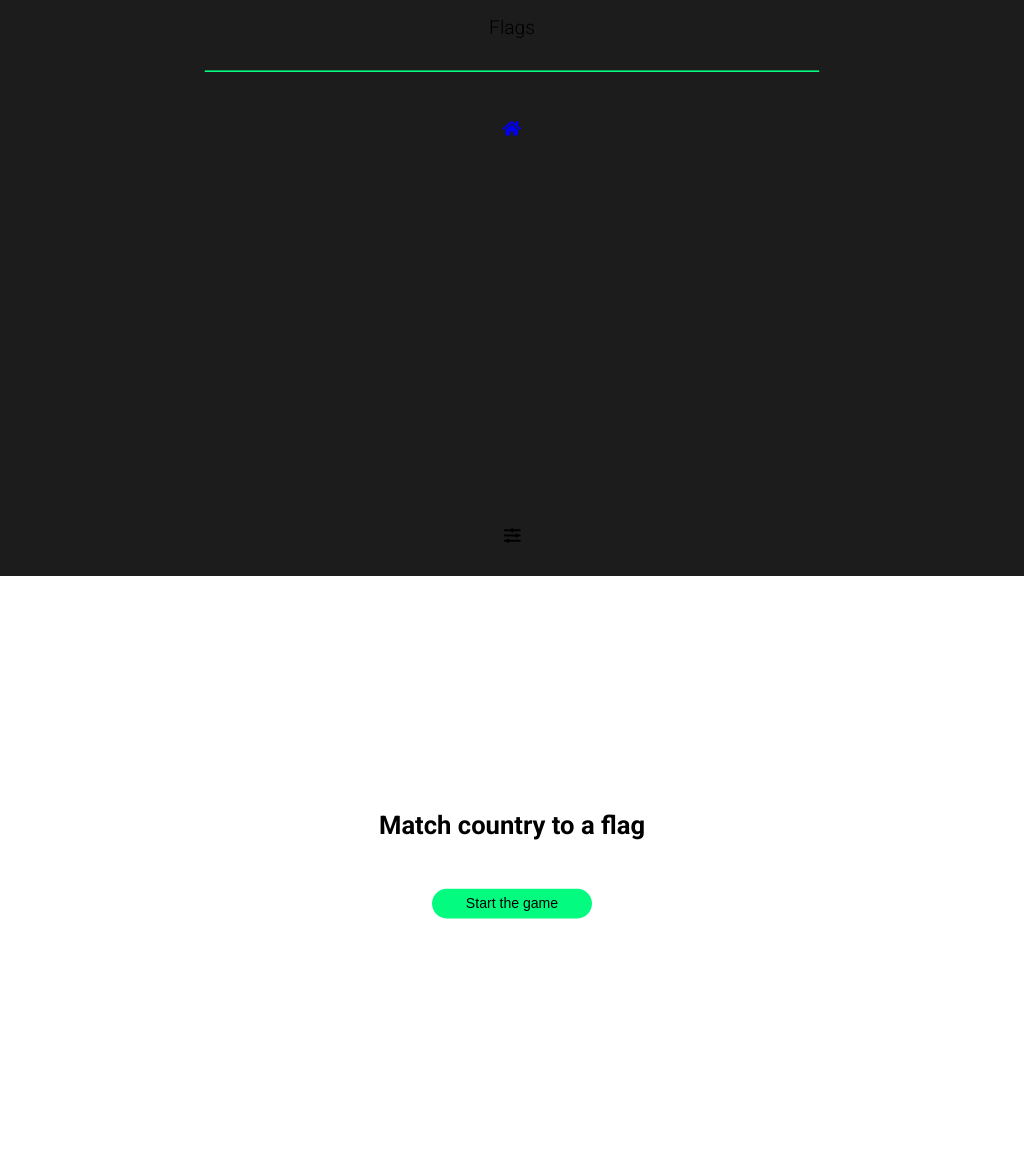
Repository: RXBVK/Flags
Page: /country-to-flag
An editor plug-in stored every save of this project. The page is shown before and after the next save, followed by the edit.
The browser window is 1280 px wide. The pictures show the whole page, at 80% of full size.
The page's requests for data from a server got no answer. The project was rebuilt for these pictures with package versions that can differ from the ones it lists, and the page was loaded fresh each time. No one was signed in, and anything a server would have sent is missing. Also part of the build but not shown: src/components/Home/Home.js, src/components/Games/FlagToCountry/FlagToCountryField.js, src/utils/components/QuestionInfo/QuestionInfo.js.

Above is the page before, as saved 2021-06-30 12:32:05.

After the next save:
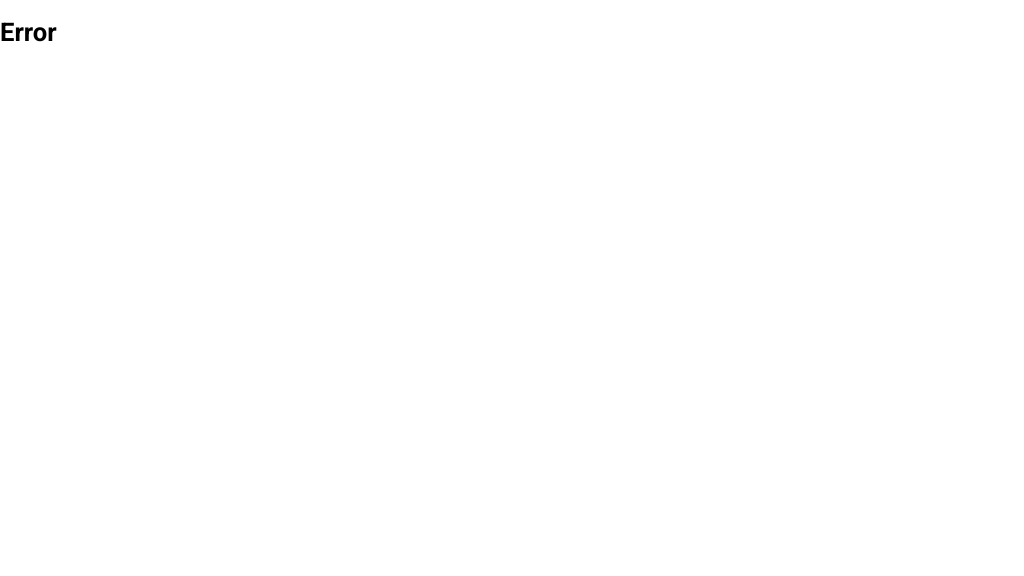
Saved 43 s later.
--- a/src/App.js
+++ b/src/App.js
@@ -19,7 +19,11 @@
     <>
       <Router>
         <AppContext.Provider value={allCountries}>
-          <Navigation allCountries={allCountries} />
+          {allCountries.length > 0 ? (
+            <Navigation allCountries={allCountries} />
+          ) : (
+            <h1>Error</h1>
+          )}
         </AppContext.Provider>
       </Router>
     </>

After the save that followed:
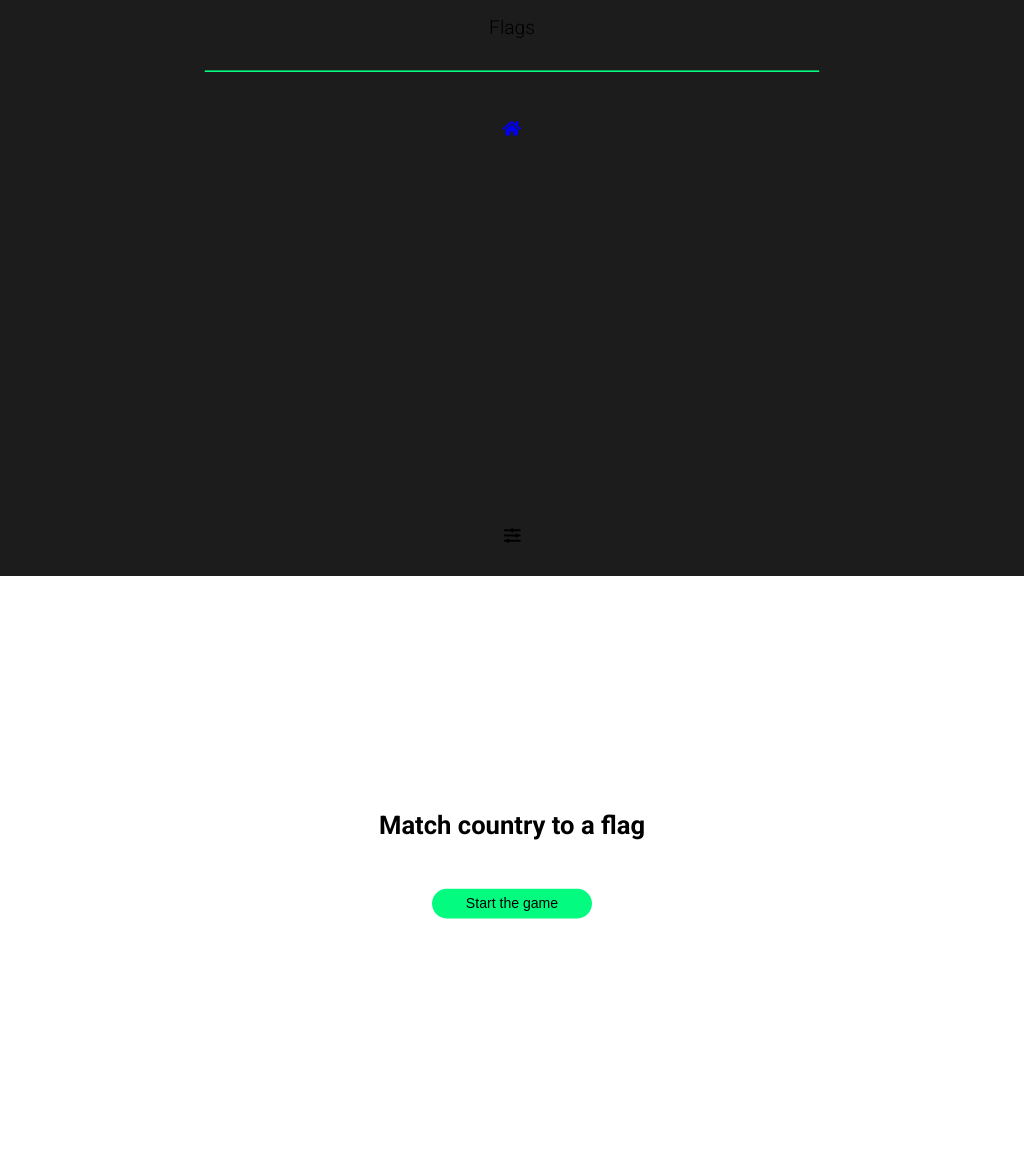
Saved 13 s later.
--- a/src/App.js
+++ b/src/App.js
@@ -19,11 +19,7 @@
     <>
       <Router>
         <AppContext.Provider value={allCountries}>
-          {allCountries.length > 0 ? (
-            <Navigation allCountries={allCountries} />
-          ) : (
-            <h1>Error</h1>
-          )}
+          <Navigation allCountries={allCountries} />
         </AppContext.Provider>
       </Router>
     </>
